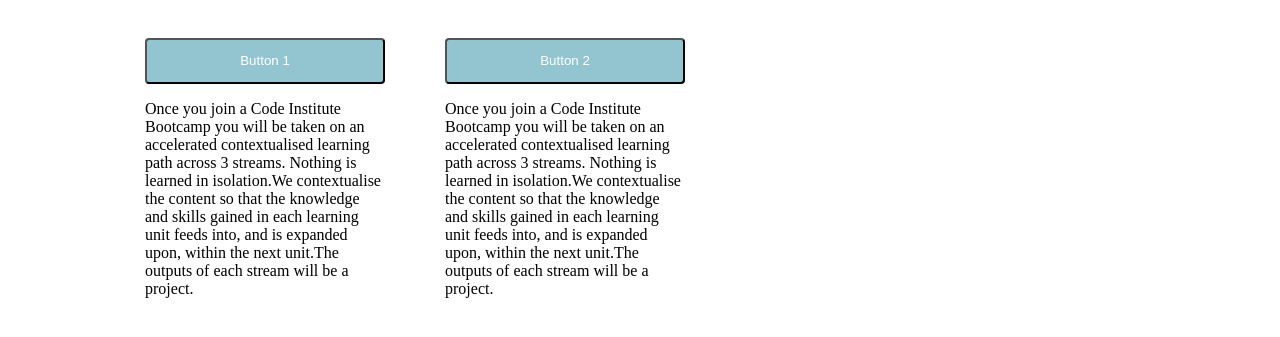
Repository: DCoppinger/chaining
Page: button.html
The author's editor kept a record of every edit. The page is drawn from the files as they stood at one moment, then again after the next edit.
The browser window is 1280 px wide. The pictures show the whole page.
Some web libraries are served in a nearby version.

Above is the page before.
Console error: SyntaxError: missing ) after argument list

### button.html
<!doctype html>
<html lang="en">

<head>
	<meta charset="utf-8">
	<meta name="viewport" content="width=device-width, initial-scale=1">
	<title>jQuery</title>
	<link href="css/style.css" rel="stylesheet">
</head>

<body>
	<div id="container">
		<div class='card'>
			<button id='button1' class="bottom_button">Button 1</button>
			<p id='para1' class="card_para">Once you join a Code Institute Bootcamp you will be taken on an accelerated contextualised learning path across 3 streams. Nothing is learned in isolation.We contextualise the content so that the knowledge and skills gained in each learning unit feeds
				into, and is expanded upon, within the next unit.The outputs of each stream will be a project. </p>
		</div>

		<div class='card'>
			<button id='button2' class="bottom_button">Button 2</button>
			<p id='para2' class="card_para">Once you join a Code Institute Bootcamp you will be taken on an accelerated contextualised learning path across 3 streams. Nothing is learned in isolation.We contextualise the content so that the knowledge and skills gained in each learning unit feeds
				into, and is expanded upon, within the next unit.The outputs of each stream will be a project. </p>
		</div>
	</div>
	<script src="https://code.jquery.com/jquery-3.2.1.js" integrity="sha256-DZAnKJ/6XZ9si04Hgrsxu/8s717jcIzLy3oi35EouyE=" crossorigin="anonymous"></script>
	<script src="js/script.js"></script>
	<!-- Scripts located at the bottom of the body to insure page is fully loaded before execution -->

</body>

</html>

### css/style.css

#container
{
	display: flex;		/* makes container a flexbox*/
	flex-flow: row wrap; 	/* layout the boxes in rows and wrap them*/
	box-sizing:border-box;
	margin-right:auto;
	margin-left:auto;
	max-width:1050px;
}
.bottom_button{
	display: flex;
	box-sizing:border-box;
	border-radius: 4px;
	display: block;
	width: 100%;
	background-color:rgba(129, 187, 201,.85);
	text-align: center;
	padding: 1em .75em;
	text-decoration: none;
	color: #fff;

}

.card_bottom{
	display: flex;
	flex-flow:column;
}

.card{
	flex:1; /* */
	display: flex;	/* make the contents controllable by flexbox*/
	flex-flow:column;	/* */
	max-width: 240px; /**/
	margin: 10px;
	padding: 20px;
	background-color: #fff;
}


.makeRed{
		background-color: red;
}

.makeBorder{
	border: solid 5px #000;
}

/*************************
Navigation

**************************/


.underline{
  text-decoration:underline;
}
.border{
  border: solid 5px #ccc;
}

### js/script.js
$(document).ready(function() {
   //
   // add your jQuery code here
   $("#button1").addClass('makeRed');

   $("#button1").mouseenter(function() {
     $("#button1").addClass('makeBorder');
     $("#button1").removeClass('makeRed');
    });
    $("#button1").mouseleave(function() {
      $("#button1").addClass('makeRed');
      $("#button1").removeClass('makeBorder');
     };

    });

After the next edit:
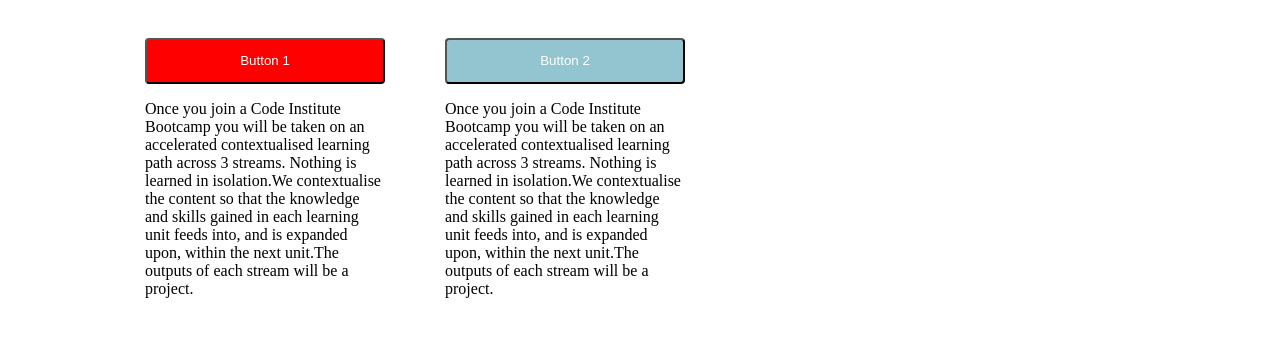
The error is gone.
The edit:
--- a/js/script.js
+++ b/js/script.js
@@ -8,8 +8,7 @@
      $("#button1").removeClass('makeRed');
     });
     $("#button1").mouseleave(function() {
-      $("#button1").addClass('makeRed');
-      $("#button1").removeClass('makeBorder');
-     };
+      $("#button1").addClass('makeRed').removeClass('makeBorder');
+     });
 
     });
